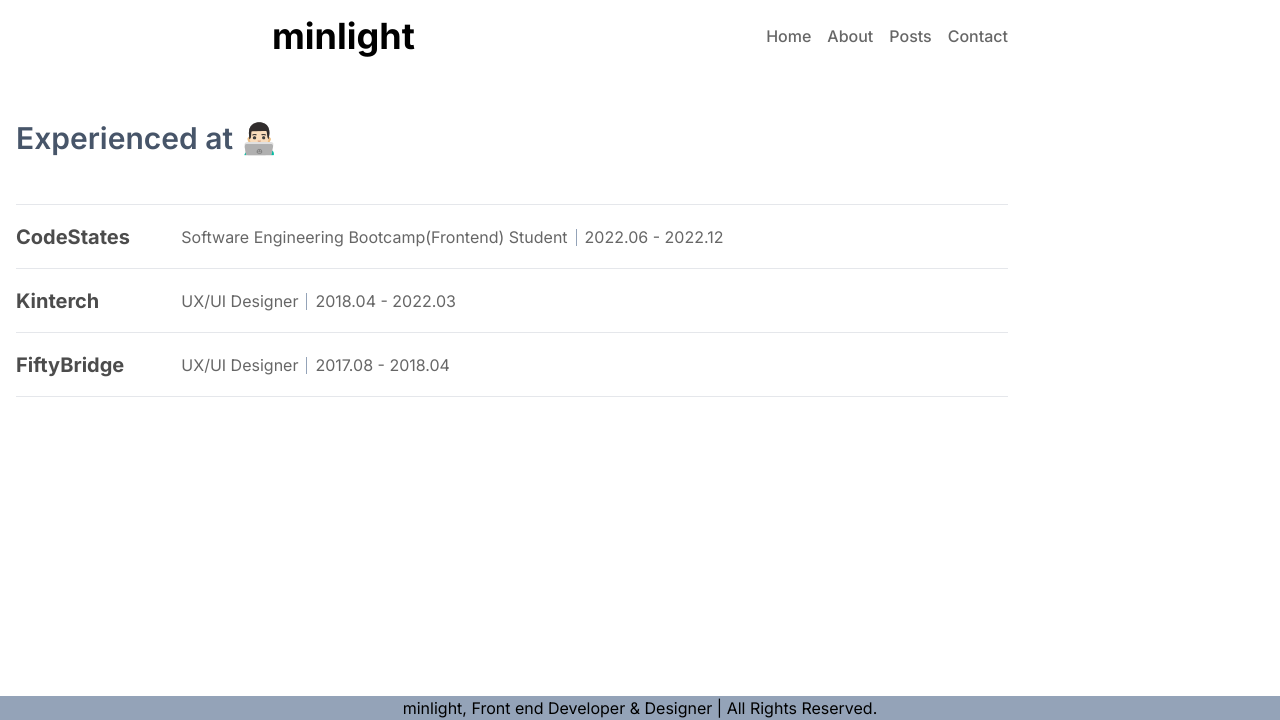
Repository: kwngmin/minlight-blog
Page: /about
These files come from the project's save history. The page is drawn as it stood at one moment and after a run of saves; the edit follows.
The browser window is 1280 px wide. The pictures show the whole page.
The project was rebuilt for these pictures with package versions that can differ from the ones it lists, and the page was loaded fresh each time. The framework's server and built-in components were replaced by stand-ins that run in the browser. Also part of the build but not shown: next.config.js.

Above is the page before, as saved 2023-04-01 00:55:59.

After the next 2 saves:
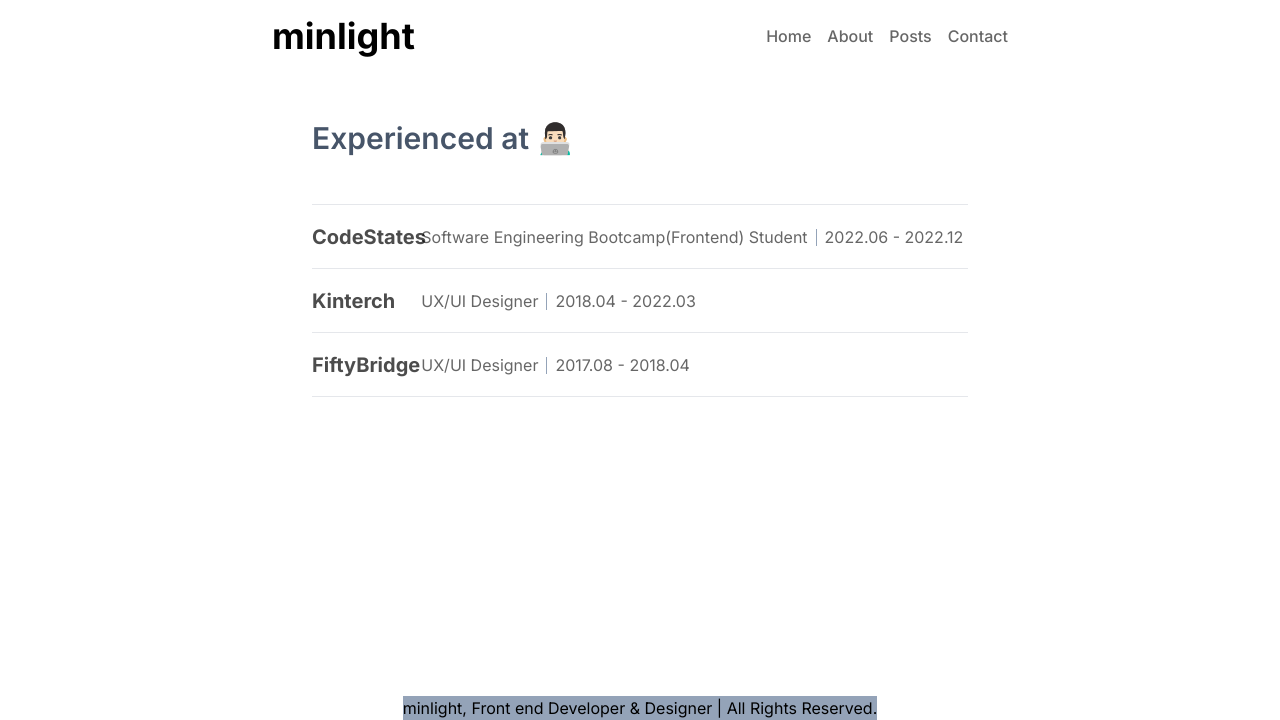
The 2 saves are shown as one change because they came seconds apart.
The last was saved 49 s later.
--- a/src/app/layout.tsx
+++ b/src/app/layout.tsx
@@ -17,11 +17,9 @@
 }) {
   return (
     <html lang="en" className={inter.className}>
-      <body className="flex flex-col w-full">
+      <body className="flex flex-col w-full items-center">
         <Header />
-        <main className="grow px-4 pb-8 max-w-screen-lg items-center">
-          {children}
-        </main>
+        <main className="grow px-4 pb-8 max-w-screen-lg">{children}</main>
         <Footer />
       </body>
     </html>

After the 2 saves that followed:
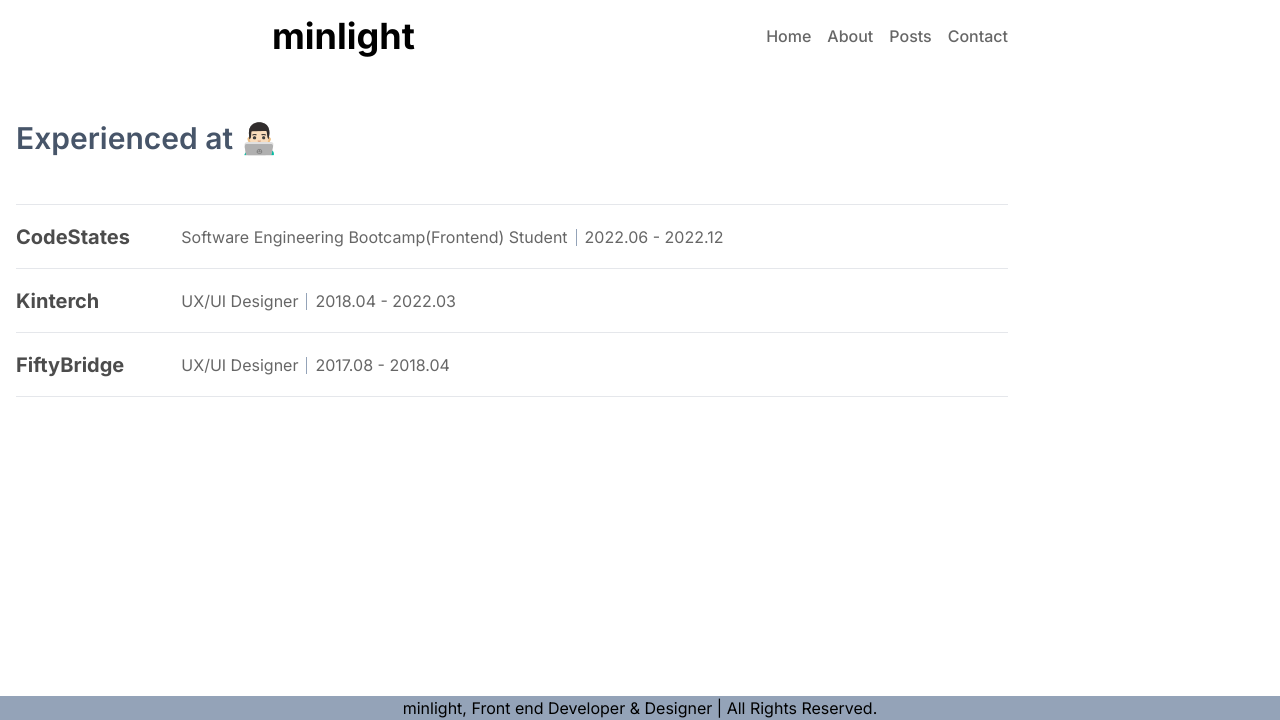
The 2 saves are shown as one change because 1 left the picture as it was.
The last was saved 77 s later.
--- a/src/app/layout.tsx
+++ b/src/app/layout.tsx
@@ -17,7 +17,7 @@
 }) {
   return (
     <html lang="en" className={inter.className}>
-      <body className="flex flex-col w-full items-center">
+      <body className="flex flex-col w-full">
         <Header />
         <main className="grow px-4 pb-8 max-w-screen-lg">{children}</main>
         <Footer />
